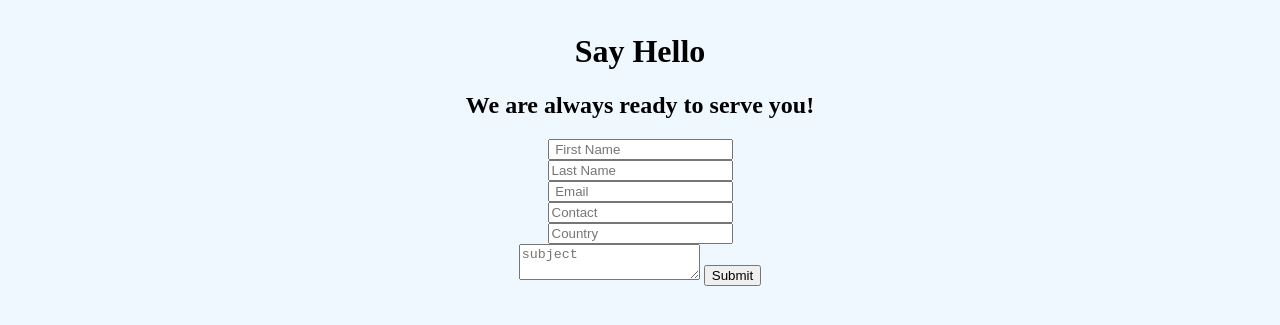
Repository: Owusuharriet/HW1-HAMAH.index.html
Page: index.htm
These files come from the project's save history. The page is drawn as it stood at one moment and after a run of saves; the edit follows.
The browser window is 1280 px wide. The pictures show the whole page.

Above is the page before, as saved 2020-08-03 23:04:09.

### index.htm
<!DOCTYPE html>
<html lang="en">
<head>
    <meta charset="UTF-8">
    <meta name="viewport" content="width=device-width, initial-scale=1.0">
    <link rel="stylesheet" href="./style.css">
    <title>Contact Form</title>
</head>
<body>
    <div class="contact-title">
        <h1>Say Hello</h1>
        <h2>We are always ready to serve you!</h2>
    </div>

    <div class="contact-form">
        <form id="contact-form" method="post" action=""></form>
        <input name="name" type="text" class="form-control" placeholder=" First Name" required>
        <br>
        <input name="name" type="text" class="form-control" placeholder="Last Name" required>
        <br>
        <input name="emial" type="email" class="form-control" placeholder=" Email"required>
        <br>
        <input name="contact" type="contact" class="form-control" placeholder="Contact" required>
        <br>
        <input name="Country" type="country" class="form-control" placeholder="Country" required>
        <br>
        <textarea name="subject" type="subject" class="form-control" placeholder="subject" required></textarea>

        <input type="submit" class="form-center submit"


    </div>


</body>
</html>

### style.css
body{
    margin: 6px;
    padding: 6px;
    text-align: center;
    background-color: aliceblue;

    background-size: cover;
    background-position: center;

}
.content-title{
    margin-top: 100px;
    color: rgb(43, 36, 36);
    text-transform: uppercase;
    transition: all 2 ease-in-out;

}
.content-title h1{
    font-size: 32px;
    line-height: 10px;
}

.content-title h2{
    font-size: 10px;
}

After the next 2 saves:
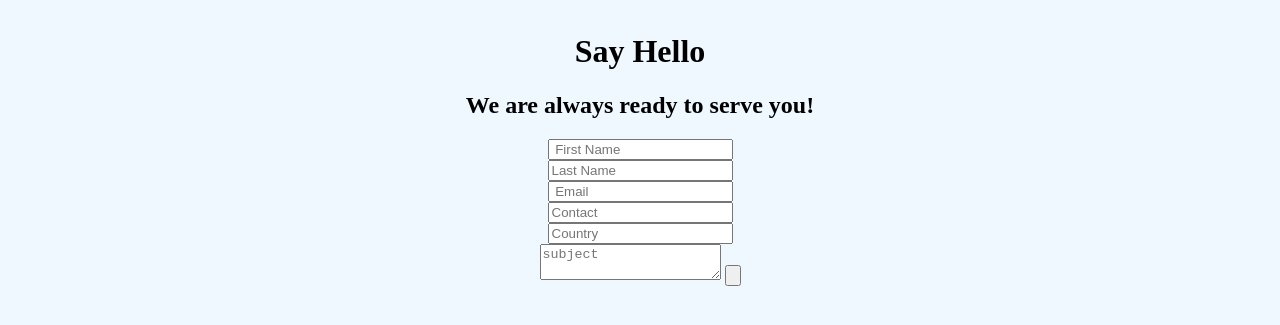
The 2 saves are shown as one change because they came seconds apart.
The last was saved 7 s later.
--- a/index.htm
+++ b/index.htm
@@ -26,7 +26,7 @@
         <br>
         <textarea name="subject" type="subject" class="form-control" placeholder="subject" required></textarea>
 
-        <input type="submit" class="form-center submit"
+        <input type="submit" class="form-center submit" value=""
 
 
     </div>
